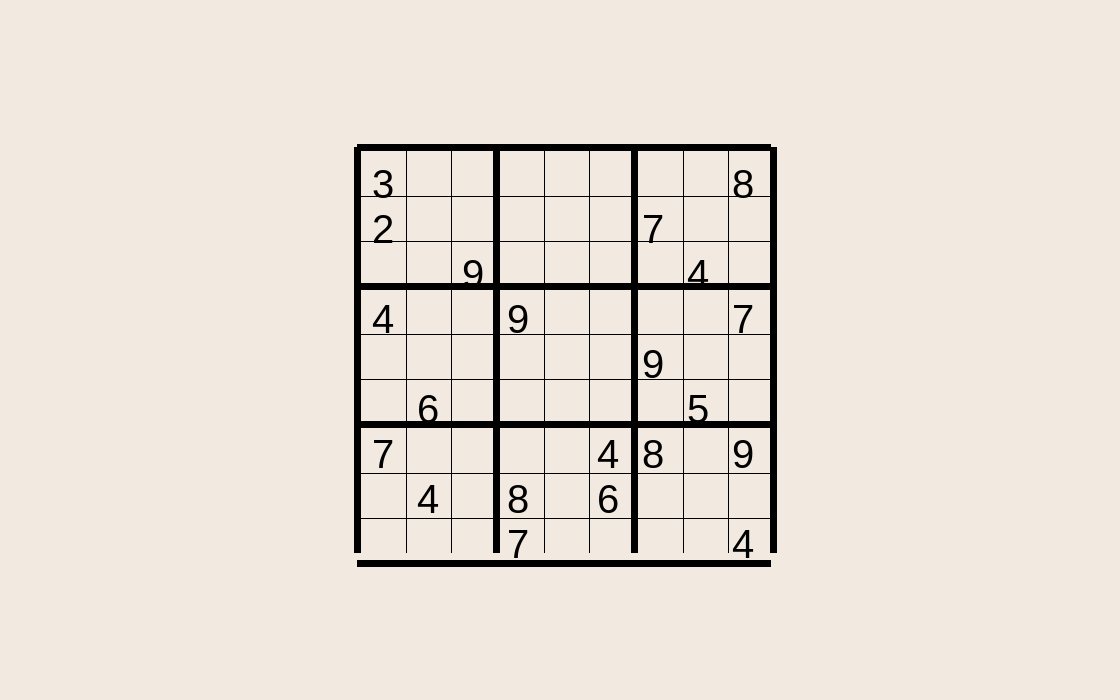
Repository: JensVL96/Puzzle-solver-for-fun
Script's output: python sudoku.py
The author's editor kept a copy of each file at every save. The script's output is drawn from the files as they stood at one save, then again after the next save.
The window is shown after at most 60 frames with no key pressed. A system font it names is replaced by a similar one. Random numbers start from a fixed seed.

Above is the script's output before, as saved 2020-11-08 11:48:17.

After the next save:
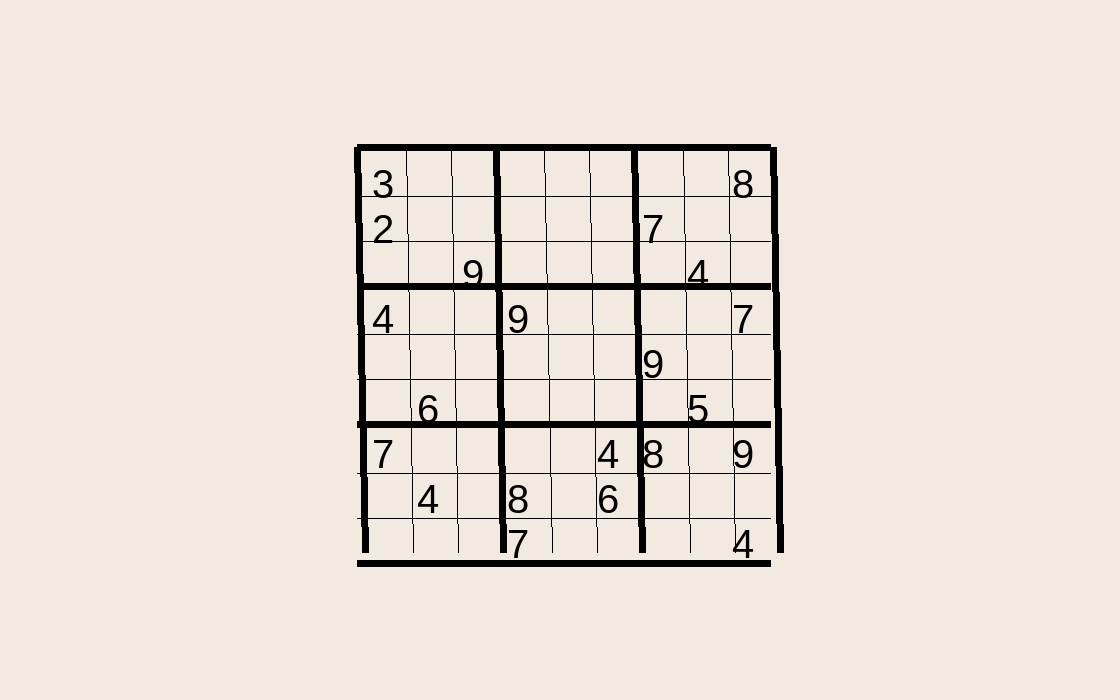
Saved 29 s later.
--- a/display_board.py
+++ b/display_board.py
@@ -80,16 +80,16 @@
         pg.draw.line(self.screen, BLACK, (TOP_LX, TOP_LY + 48.5 + 45 + 45 + 48.5 + 45 + 45 + 48.5 + 45), (TOP_RX + 7.5, TOP_RY + 48.5 + 45 + 45 + 48.5 + 45 + 45 + 48.5 + 45), 1)
         pg.draw.line(self.screen, BLACK, (TOP_LX, TOP_LY + 48.5 + 45 + 45 + 48.5 + 45 + 45 + 48.5 + 45 + 45), (TOP_RX + 7.5, TOP_RY + 48.5 + 45 + 45 + 48.5 + 45 + 45 + 48.5 + 45 + 45), 7)
 
-        pg.draw.line(self.screen, BLACK, (TOP_LX, TOP_LY), (BOT_LX, BOT_LY), 7)
-        pg.draw.line(self.screen, BLACK, (TOP_LX + 48.5, TOP_LY), (BOT_LX + 48.5, BOT_LY), 1)
-        pg.draw.line(self.screen, BLACK, (TOP_LX + 48.5 + 45, TOP_LY), (BOT_LX + 48.5 + 45, BOT_LY), 1)
-        pg.draw.line(self.screen, BLACK, (TOP_LX + 48.5 + 45 + 45, TOP_LY), (BOT_LX + 48.5 + 45 + 45, BOT_LY), 7)
-        pg.draw.line(self.screen, BLACK, (TOP_LX + 48.5 + 45 + 45 + 48.5, TOP_LY), (BOT_LX + 48.5 + 45 + 45 + 48.5, BOT_LY), 1)
-        pg.draw.line(self.screen, BLACK, (TOP_LX + 48.5 + 45 + 45 + 48.5+ 45, TOP_LY), (BOT_LX + 48.5 + 45 + 45 + 48.5 + 45, BOT_LY), 1)
-        pg.draw.line(self.screen, BLACK, (TOP_LX + 48.5 + 45 + 45 + 48.5 + 45 + 45, TOP_LY), (BOT_LX + 48.5 + 45 + 45 + 48.5 + 45 + 45, BOT_LY), 7)
-        pg.draw.line(self.screen, BLACK, (TOP_LX + 48.5 + 45 + 45 + 48.5 + 45 + 45 + 48.5, TOP_LY), (BOT_LX + 48.5 + 45 + 45 + 48.5 + 45 + 45 + 48.5, BOT_LY), 1)
-        pg.draw.line(self.screen, BLACK, (TOP_LX + 48.5 + 45 + 45 + 48.5 + 45 + 45 + 48.5 + 45, TOP_LY), (BOT_LX + 48.5 + 45 + 45 + 48.5 + 45 + 45 + 48.5 + 45, BOT_LY), 1)
-        pg.draw.line(self.screen, BLACK, (TOP_LX + 48.5 + 45 + 45 + 48.5 + 45 + 45 + 48.5 + 45 + 45, TOP_LY), (BOT_LX + 48.5 + 45 + 45 + 48.5 + 45 + 45 + 48.5 + 45 + 45, BOT_LY), 7)
+        pg.draw.line(self.screen, BLACK, (TOP_LX, TOP_LY), (BOT_LX + 7.5, BOT_LY), 7)
+        pg.draw.line(self.screen, BLACK, (TOP_LX + 48.5, TOP_LY), (BOT_LX + 7.5 + 48.5, BOT_LY), 1)
+        pg.draw.line(self.screen, BLACK, (TOP_LX + 48.5 + 45, TOP_LY), (BOT_LX + 7.5 + 48.5 + 45, BOT_LY), 1)
+        pg.draw.line(self.screen, BLACK, (TOP_LX + 48.5 + 45 + 45, TOP_LY), (BOT_LX + 7.5 + 48.5 + 45 + 45, BOT_LY), 7)
+        pg.draw.line(self.screen, BLACK, (TOP_LX + 48.5 + 45 + 45 + 48.5, TOP_LY), (BOT_LX + 7.5 + 48.5 + 45 + 45 + 48.5, BOT_LY), 1)
+        pg.draw.line(self.screen, BLACK, (TOP_LX + 48.5 + 45 + 45 + 48.5+ 45, TOP_LY), (BOT_LX + 7.5 + 48.5 + 45 + 45 + 48.5 + 45, BOT_LY), 1)
+        pg.draw.line(self.screen, BLACK, (TOP_LX + 48.5 + 45 + 45 + 48.5 + 45 + 45, TOP_LY), (BOT_LX + 7.5 + 48.5 + 45 + 45 + 48.5 + 45 + 45, BOT_LY), 7)
+        pg.draw.line(self.screen, BLACK, (TOP_LX + 48.5 + 45 + 45 + 48.5 + 45 + 45 + 48.5, TOP_LY), (BOT_LX + 7.5 + 48.5 + 45 + 45 + 48.5 + 45 + 45 + 48.5, BOT_LY), 1)
+        pg.draw.line(self.screen, BLACK, (TOP_LX + 48.5 + 45 + 45 + 48.5 + 45 + 45 + 48.5 + 45, TOP_LY), (BOT_LX + 7.5 + 48.5 + 45 + 45 + 48.5 + 45 + 45 + 48.5 + 45, BOT_LY), 1)
+        pg.draw.line(self.screen, BLACK, (TOP_LX + 48.5 + 45 + 45 + 48.5 + 45 + 45 + 48.5 + 45 + 45, TOP_LY), (BOT_LX + 7.5 + 48.5 + 45 + 45 + 48.5 + 45 + 45 + 48.5 + 45 + 45, BOT_LY), 7)
 
             # For candidate placement
             # if i % 3 == 0:

After the save that followed:
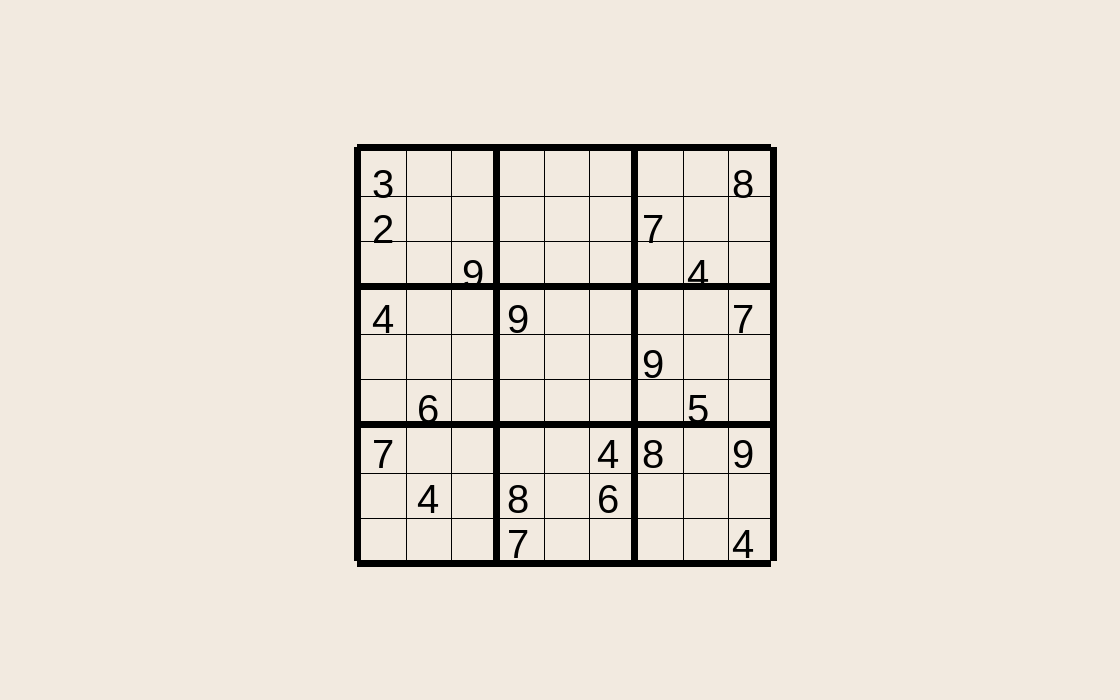
Saved 20 s later.
--- a/display_board.py
+++ b/display_board.py
@@ -80,16 +80,16 @@
         pg.draw.line(self.screen, BLACK, (TOP_LX, TOP_LY + 48.5 + 45 + 45 + 48.5 + 45 + 45 + 48.5 + 45), (TOP_RX + 7.5, TOP_RY + 48.5 + 45 + 45 + 48.5 + 45 + 45 + 48.5 + 45), 1)
         pg.draw.line(self.screen, BLACK, (TOP_LX, TOP_LY + 48.5 + 45 + 45 + 48.5 + 45 + 45 + 48.5 + 45 + 45), (TOP_RX + 7.5, TOP_RY + 48.5 + 45 + 45 + 48.5 + 45 + 45 + 48.5 + 45 + 45), 7)
 
-        pg.draw.line(self.screen, BLACK, (TOP_LX, TOP_LY), (BOT_LX + 7.5, BOT_LY), 7)
-        pg.draw.line(self.screen, BLACK, (TOP_LX + 48.5, TOP_LY), (BOT_LX + 7.5 + 48.5, BOT_LY), 1)
-        pg.draw.line(self.screen, BLACK, (TOP_LX + 48.5 + 45, TOP_LY), (BOT_LX + 7.5 + 48.5 + 45, BOT_LY), 1)
-        pg.draw.line(self.screen, BLACK, (TOP_LX + 48.5 + 45 + 45, TOP_LY), (BOT_LX + 7.5 + 48.5 + 45 + 45, BOT_LY), 7)
-        pg.draw.line(self.screen, BLACK, (TOP_LX + 48.5 + 45 + 45 + 48.5, TOP_LY), (BOT_LX + 7.5 + 48.5 + 45 + 45 + 48.5, BOT_LY), 1)
-        pg.draw.line(self.screen, BLACK, (TOP_LX + 48.5 + 45 + 45 + 48.5+ 45, TOP_LY), (BOT_LX + 7.5 + 48.5 + 45 + 45 + 48.5 + 45, BOT_LY), 1)
-        pg.draw.line(self.screen, BLACK, (TOP_LX + 48.5 + 45 + 45 + 48.5 + 45 + 45, TOP_LY), (BOT_LX + 7.5 + 48.5 + 45 + 45 + 48.5 + 45 + 45, BOT_LY), 7)
-        pg.draw.line(self.screen, BLACK, (TOP_LX + 48.5 + 45 + 45 + 48.5 + 45 + 45 + 48.5, TOP_LY), (BOT_LX + 7.5 + 48.5 + 45 + 45 + 48.5 + 45 + 45 + 48.5, BOT_LY), 1)
-        pg.draw.line(self.screen, BLACK, (TOP_LX + 48.5 + 45 + 45 + 48.5 + 45 + 45 + 48.5 + 45, TOP_LY), (BOT_LX + 7.5 + 48.5 + 45 + 45 + 48.5 + 45 + 45 + 48.5 + 45, BOT_LY), 1)
-        pg.draw.line(self.screen, BLACK, (TOP_LX + 48.5 + 45 + 45 + 48.5 + 45 + 45 + 48.5 + 45 + 45, TOP_LY), (BOT_LX + 7.5 + 48.5 + 45 + 45 + 48.5 + 45 + 45 + 48.5 + 45 + 45, BOT_LY), 7)
+        pg.draw.line(self.screen, BLACK, (TOP_LX, TOP_LY), (BOT_LX, BOT_LY + 7.5), 7)
+        pg.draw.line(self.screen, BLACK, (TOP_LX + 48.5, TOP_LY), (BOT_LX + 48.5, BOT_LY + 7.5), 1)
+        pg.draw.line(self.screen, BLACK, (TOP_LX + 48.5 + 45, TOP_LY), (BOT_LX + 48.5 + 45, BOT_LY + 7.5), 1)
+        pg.draw.line(self.screen, BLACK, (TOP_LX + 48.5 + 45 + 45, TOP_LY), (BOT_LX + 48.5 + 45 + 45, BOT_LY + 7.5), 7)
+        pg.draw.line(self.screen, BLACK, (TOP_LX + 48.5 + 45 + 45 + 48.5, TOP_LY), (BOT_LX + 48.5 + 45 + 45 + 48.5, BOT_LY + 7.5), 1)
+        pg.draw.line(self.screen, BLACK, (TOP_LX + 48.5 + 45 + 45 + 48.5+ 45, TOP_LY), (BOT_LX + 48.5 + 45 + 45 + 48.5 + 45, BOT_LY + 7.5), 1)
+        pg.draw.line(self.screen, BLACK, (TOP_LX + 48.5 + 45 + 45 + 48.5 + 45 + 45, TOP_LY), (BOT_LX + 48.5 + 45 + 45 + 48.5 + 45 + 45, BOT_LY + 7.5), 7)
+        pg.draw.line(self.screen, BLACK, (TOP_LX + 48.5 + 45 + 45 + 48.5 + 45 + 45 + 48.5, TOP_LY), (BOT_LX + 48.5 + 45 + 45 + 48.5 + 45 + 45 + 48.5, BOT_LY + 7.5), 1)
+        pg.draw.line(self.screen, BLACK, (TOP_LX + 48.5 + 45 + 45 + 48.5 + 45 + 45 + 48.5 + 45, TOP_LY), (BOT_LX + 48.5 + 45 + 45 + 48.5 + 45 + 45 + 48.5 + 45, BOT_LY + 7.5), 1)
+        pg.draw.line(self.screen, BLACK, (TOP_LX + 48.5 + 45 + 45 + 48.5 + 45 + 45 + 48.5 + 45 + 45, TOP_LY), (BOT_LX + 48.5 + 45 + 45 + 48.5 + 45 + 45 + 48.5 + 45 + 45, BOT_LY + 7.5), 7)
 
             # For candidate placement
             # if i % 3 == 0:
